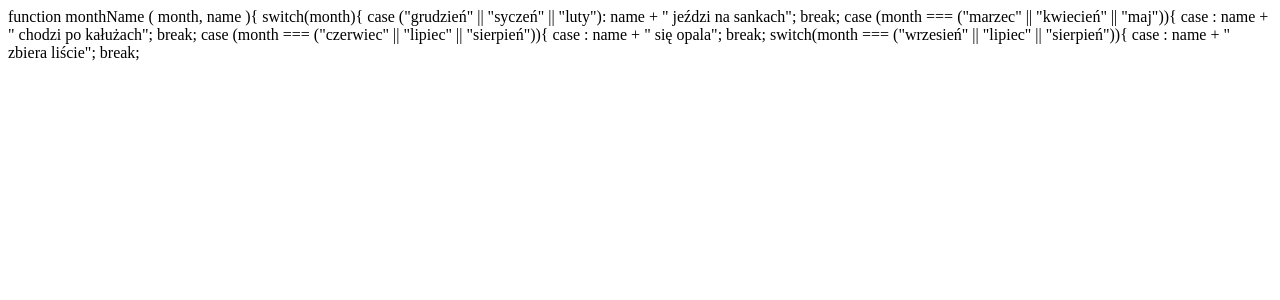
Repository: Maxs777/wizytowka
Page: index.html
These files come from the project's save history. The page is drawn as it stood at one moment and after the next save; the edit follows.
The browser window is 1280 px wide. The pictures show the whole page.

Above is the page before, as saved 2019-03-06 14:51:15.

### index.html
<!DOCTYPE html>
<html lang="pl">
<head>
    <meta charset="UTF-8">
    <meta name="viewport" content="width=device-width, initial-scale=1.0">
    <meta http-equiv="X-UA-Compatible" content="ie=edge">
    <link rel="stylesheet" href="_css/style.css">
    <title>Strona-wizytówka</title>
</head>
<body>

</body>
</html>


function monthName ( month, name ){
switch(month){
case ("grudzień" || "syczeń" || "luty"):
name + " jeździ na sankach";
break;
case (month === ("marzec" || "kwiecień" || "maj")){
case : name + " chodzi po kałużach";
break;
case (month === ("czerwiec" || "lipiec" || "sierpień")){
case : name + " się opala";
break;
switch(month === ("wrzesień" || "lipiec" || "sierpień")){
case : name + " zbiera liście";
break;

Loaded but not shown: _css/style.css (no copy from this time; the picture is the same without it)

After the next save:
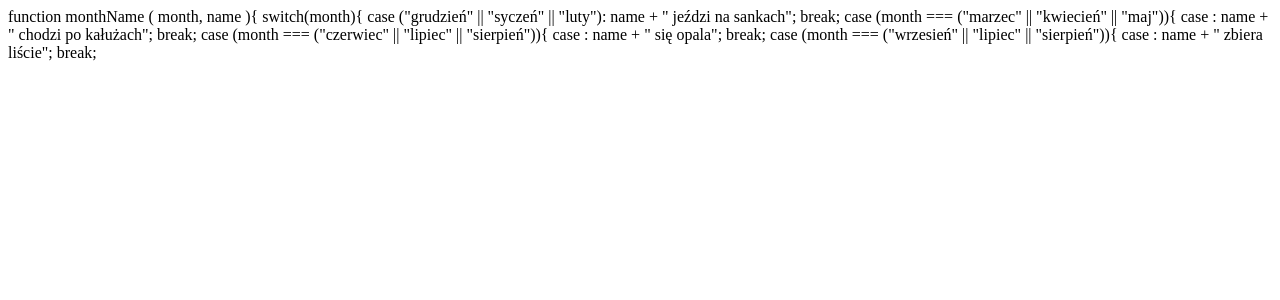
Saved 4 s later.
--- a/index.html
+++ b/index.html
@@ -24,6 +24,6 @@ break;
 case (month === ("czerwiec" || "lipiec" || "sierpień")){
 case : name + " się opala";
 break;
-switch(month === ("wrzesień" || "lipiec" || "sierpień")){
+case (month === ("wrzesień" || "lipiec" || "sierpień")){
 case : name + " zbiera liście";
 break;
